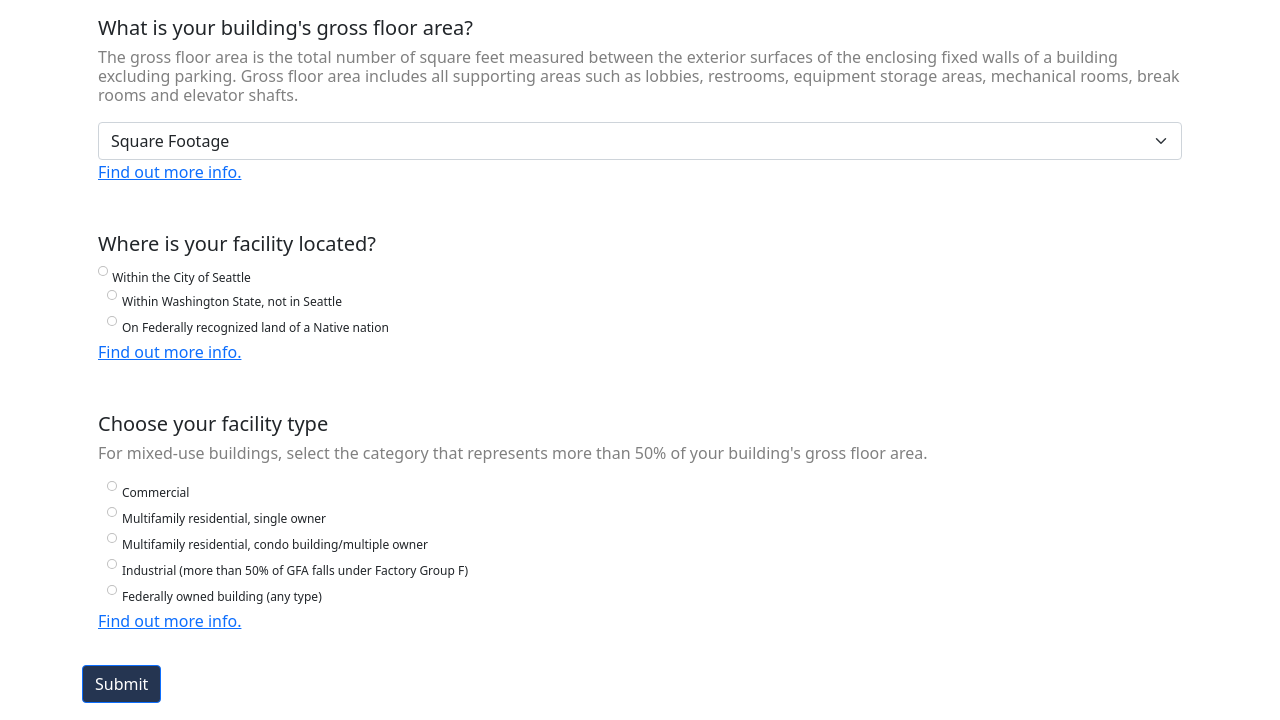
Repository: ChaidGPT/SershonSystemsQuiz
Page: index.html
The author's editor kept a copy of each file at every save. The page is drawn from the files as they stood at one save, then again after the next save.
The browser window is 1280 px wide. The pictures show the whole page.

Above is the page before, as saved 2023-07-07 15:49:34.

### index.html
<!DOCTYPE html>
<html>

<head>
	<meta charset="utf-8">
	<title>Quiz</title>
	<link rel="stylesheet" href="https://cdn.jsdelivr.net/npm/bootstrap@5.0.2/dist/css/bootstrap.min.css">
	<style>
	.card {
		/* max-width: auto; */
		min-width: 375;
        border: none;
	}

	.card-column {
		display: flex;
		flex-direction: column;
		align-items: center;
		max-width: auto;
	}

    .btn {
        color: white;
        background-color: #253551;
    }

	.card-body p {
		font-size: 10;
		color: gray;
		line-height: 1.2;
	}

	.form-check-input[type="radio"] {
        font-size: 10px;
    }

    .form-check-label {
        font-size: 12px;
    }
	</style>
</head>

<body>
	<div class="container">
		<!-- Question 1 Card -->
		<div class="card mb-3">
			<div class="card-body">
				<h5 class="card-title">What is your building's gross floor area?</h5>
				<p class="card-text">The gross floor area is the total number of square feet measured between the exterior surfaces of the enclosing fixed walls of a building excluding parking. Gross floor area includes all supporting areas such as lobbies, restrooms, equipment storage areas, mechanical rooms, break rooms and elevator shafts.</p>
				<div class="form-group">
					<select id="buildingSize" type="number" class="form-select">
						<option value="">Square Footage</option>
						<option value="under20k">less than 20k square feet</option>
						<option value="20kTo30k">20k - 30k square feet</option>
						<option value="30kTo50k">30k - 50k square feet</option>
						<option value="50kTo70k">50k - 70k square feet</option>
						<option value="70kTo90k">70k - 90k square feet</option>
						<option value="90kTo100k">90k - 100k square feet</option>
						<option value="100kTo200k">100k - 200k square feet</option>
						<option value="200kTo220k">200k - 220k square feet</option>
						<option value="over220k">over 220k square feet</option>
					</select>
				</div>
				<a href="" target="_blank">Find out more info.</a>
			</div>
		</div>
		<!-- Question 1 Card End -->

		<!-- Question 2 Card -->
		<div class="card mb-3">
			<div class="card-body">
				<h5 class="card-title">Where is your facility located?</h5>
				<div class="form-group">
					<input type="radio" id="seattle" name="buildingLocation" value="seattle" class="form-check-input">
					<label for="seattle" class="form-check-label">Within the City of Seattle</label>
				</div>
				<div class="form-check">
					<input type="radio" id="washington" name="buildingLocation" value="washington" class="form-check-input">
					<label for="washington" class="form-check-label">Within Washington State, not in Seattle</label>
				</div>
				<div class="form-check">
					<input type="radio" id="native" name="buildingLocation" value="native" class="form-check-input">
					<label for="native" class="form-check-label">On Federally recognized land of a Native nation</label>
				</div>
				<a href="" target="_blank">Find out more info.</a>
			</div>
		</div>
		<!-- Question 2 Card End -->

		<!-- Question 3 Card -->
		<div class="card mb-3">
			<div class="card-body">
				<h5 class="card-title">Choose your facility type</h5>
				<p class="card-text">For mixed-use buildings, select the category that represents more than 50% of your building's gross floor area.</p>
				<div class="form-group">
					<div class="form-check">
						<input type="radio" id="commercial" name="facilityType" value="commercial" class="form-check-input">
						<label for="commercial" class="form-check-label">Commercial</label>
					</div>
					<div class="form-check">
						<input type="radio" id="MFsingle" name="facilityType" value="MFsingle" class="form-check-input">
						<label for="MFsingle" class="form-check-label">Multifamily residential, single owner</label>
					</div>
					<div class="form-check">
						<input type="radio" id="MFmultiple" name="facilityType" value="MFmultiple" class="form-check-input">
						<label for="MFmultiple" class="form-check-label">Multifamily residential, condo building/multiple owner</label>
					</div>
					<div class="form-check">
						<input type="radio" id="industrial" name="facilityType" value="industrial" class="form-check-input">
						<label for="industrial" class="form-check-label">Industrial (more than 50% of GFA falls under Factory Group F)</label>
					</div>
					<div class="form-check">
						<input type="radio" id="federal" name="facilityType" value="federal" class="form-check-input">
						<label for="federal" class="form-check-label">Federally owned building (any type)</label>
					</div>
				</div>
				<a href="" target="_blank">Find out more info.</a>
			</div>
		</div>
		<!-- Question 3 Card End -->

		<button id="submitBtn" type="submit" class="btn btn-primary">Submit</button>
	</div>


	<script src="https://cdn.jsdelivr.net/npm/bootstrap@5.0.2/dist/js/bootstrap.bundle.min.js"></script>
	<script>

var messageTable = {
      'under20k-seattle-commercial': 'Message 1',
      'under20k-seattle-MFsingle': 'Message 2',
      'under20k-seattle-MFmultiple': 'Message 3',
      'under20k-seattle-industrial': 'Message 4',
      'under20k-seattle-federal': 'Message 5',
      'under20k-washington-commercial': 'Message 6',
      'under20k-washington-MFsingle': 'Message 7',
      'under20k-washington-MFmultiple': 'Message 8',
      'under20k-washington-industrial': 'Message 9',
      'under20k-washington-federal': 'Message 10',
      'under20k-native-commercial': 'Message 11',
      'under20k-native-MFsingle': 'Message 12',
      'under20k-native-MFmultiple': 'Message 13',
      'under20k-native-industrial': 'Message 14',
      'under20k-native-federal': 'Message 15',

      '20kTo30k-seattle-commercial': 'Message 16',
      '20kTo30k-seattle-MFsingle': 'Message 17',
      '20kTo30k-seattle-MFmultiple': 'Message 18',
      '20kTo30k-seattle-industrial': 'Message 19',
      '20kTo30k-seattle-federal': 'Message 20',
      '20kTo30k-washington-commercial': 'Message 21',
      '20kTo30k-washington-MFsingle': 'Message 22',
      '20kTo30k-washington-MFmultiple': 'Message 23',
      '20kTo30k-washington-industrial': 'Message 24',
      '20kTo30k-washington-federal': 'Message 25',
      '20kTo30k-native-commercial': 'Message 26',
      '20kTo30k-native-MFsingle': 'Message 27',
      '20kTo30k-native-MFmultiple': 'Message 28',
      '20kTo30k-native-industrial': 'Message 29',
      '20kTo30k-native-federal': 'Message 30',

      '30kTo50k-seattle-commercial': 'Message 31',
      '30kTo50k-seattle-MFsingle': 'Message 32',
      '30kTo50k-seattle-MFmultiple': 'Message 33',
      '30kTo50k-seattle-industrial': 'Message 34',
      '30kTo50k-seattle-federal': 'Message 35',
      '30kTo50k-washington-commercial': 'Message 36',
      '30kTo50k-washington-MFsingle': 'Message 37',
      '30kTo50k-washington-MFmultiple': 'Message 38',
      '30kTo50k-washington-industrial': 'Message 39',
      '30kTo50k-washington-federal': 'Message 40',
      '30kTo50k-native-commercial': 'Message 41',
      '30kTo50k-native-MFsingle': 'Message 42',
      '30kTo50k-native-MFmultiple': 'Message 43',
      '30kTo50k-native-industrial': 'Message 44',
      '30kTo50k-native-federal': 'Message 45',

      '50kTo70k-seattle-commercial': 'Message 46',
      '50kTo70k-seattle-MFsingle': 'Message 47',
      '50kTo70k-seattle-MFmultiple': 'Message 48',
      '50kTo70k-seattle-industrial': 'Message 49',
      '50kTo70k-seattle-federal': 'Message 50',
      '50kTo70k-washington-commercial': 'Message 51',
      '50kTo70k-washington-MFsingle': 'Message 52',
      '50kTo70k-washington-MFmultiple': 'Message 53',
      '50kTo70k-washington-industrial': 'Message 54',
      '50kTo70k-washington-federal': 'Message 55',
      '50kTo70k-native-commercial': 'Message 56',
      '50kTo70k-native-MFsingle': 'Message 57',
      '50kTo70k-native-MFmultiple': 'Message 58',
      '50kTo70k-native-industrial': 'Message 59',
      '50kTo70k-native-federal': 'Message 60',

      '70kTo90k-seattle-commercial': 'Message 61',
      '70kTo90k-seattle-MFsingle': 'Message 62',
      '70kTo90k-seattle-MFmultiple': 'Message 63',
      '70kTo90k-seattle-industrial': 'Message 64',
      '70kTo90k-seattle-federal': 'Message 65',
      '70kTo90k-washington-commercial': 'Message 66',
      '70kTo90k-washington-MFsingle': 'Message 67',
      '70kTo90k-washington-MFmultiple': 'Message 68',
      '70kTo90k-washington-industrial': 'Message 69',
      '70kTo90k-washington-federal': 'Message 70',
      '70kTo90k-native-commercial': 'Message 71',
      '70kTo90k-native-MFsingle': 'Message 72',
      '70kTo90k-native-MFmultiple': 'Message 73',
      '70kTo90k-native-industrial': 'Message 74',
      '70kTo90k-native-federal': 'Message 75',

      '90kTo100k-seattle-commercial': 'Message 76',
      '90kTo100k-seattle-MFsingle': 'Message 77',
      '90kTo100k-seattle-MFmultiple': 'Message 78',
      '90kTo100k-seattle-industrial': 'Message 79',
      '90kTo100k-seattle-federal': 'Message 80',
      '90kTo100k-washington-commercial': 'Message 81',
      '90kTo100k-washington-MFsingle': 'Message 82',
      '90kTo100k-washington-MFmultiple': 'Message 83',
      '90kTo100k-washington-industrial': 'Message 84',
      '90kTo100k-washington-federal': 'Message 85',
      '90kTo100k-native-commercial': 'Message 86',
      '90kTo100k-native-MFsingle': 'Message 87',
      '90kTo100k-native-MFmultiple': 'Message 88',
      '90kTo100k-native-industrial': 'Message 89',
      '90kTo100k-native-federal': 'Message 90',

      '100kTo200k-seattle-commercial': 'Message 91',
      '100kTo200k-seattle-MFsingle': 'Message 92',
      '100kTo200k-seattle-MFmultiple': 'Message 93',
      '100kTo200k-seattle-industrial': 'Message 94',
      '100kTo200k-seattle-federal': 'Message 95',
      '100kTo200k-washington-commercial': 'Message 96',
      '100kTo200k-washington-MFsingle': 'Message 97',
      '100kTo200k-washington-MFmultiple': 'Message 98',
      '100kTo200k-washington-industrial': 'Message 99',
      '100kTo200k-washington-federal': 'Message 100',
      '100kTo200k-native-commercial': 'Message 101',
      '100kTo200k-native-MFsingle': 'Message 102',
      '100kTo200k-native-MFmultiple': 'Message 103',
      '100kTo200k-native-industrial': 'Message 104',
      '100kTo200k-native-federal': 'Message 105',

      '200kTo220k-seattle-commercial': 'Message 106',
      '200kTo220k-seattle-MFsingle': 'Message 107',
      '200kTo220k-seattle-MFmultiple': 'Message 108',
      '200kTo220k-seattle-industrial': 'Message 109',
      '200kTo220k-seattle-federal': 'Message 110',
      '200kTo220k-washington-commercial': 'Message 111',
      '200kTo220k-washington-MFsingle': 'Message 112',
      '200kTo220k-washington-MFmultiple': 'Message 113',
      '200kTo220k-washington-industrial': 'Message 114',
      '200kTo220k-washington-federal': 'Message 115',
      '200kTo220k-native-commercial': 'Message 116',
      '200kTo220k-native-MFsingle': 'Message 117',
      '200kTo220k-native-MFmultiple': 'Message 118',
      '200kTo220k-native-industrial': 'Message 119',
      '200kTo220k-native-federal': 'Message 120',

      'over220k-seattle-commercial': 'Message 121',
      'over220k-seattle-MFsingle': 'Message 122',
      'over220k-seattle-MFmultiple': 'Message 123',
      'over220k-seattle-industrial': 'Message 124',
      'over220k-seattle-federal': 'Message 125',
      'over220k-washington-commercial': 'Message 126',
      'over220k-washington-MFsingle': 'Message 127',
      'over220k-washington-MFmultiple': 'Message 128',
      'over220k-washington-industrial': 'Message 129',
      'over220k-washington-federal': 'Message 130',
      'over220k-native-commercial': 'Message 131',
      'over220k-native-MFsingle': 'Message 132',
      'over220k-native-MFmultiple': 'Message 133',
      'over220k-native-industrial': 'Message 134',
      'over220k-native-federal': 'Message 135'
    };

		document.querySelector("#submitBtn").addEventListener("click", function(event) {
  		event.preventDefault(); // Prevents the default form submission behavior

  		var DD = document.querySelector('#buildingSize').value;
		var R1 = document.querySelector('input[name="buildingLocation"]:checked').value;
		var R2 = document.querySelector('input[name="facilityType"]:checked').value;

		var combination = DD + '-' + R1 + '-' + R2;

    // Retrieve the message from the message table using the combination key
    	var message = messageTable[combination] || 'Default message';

    // Show the alert with the corresponding message
    	alert(message);
});



	</script>

</body>

</html>

After the next save:
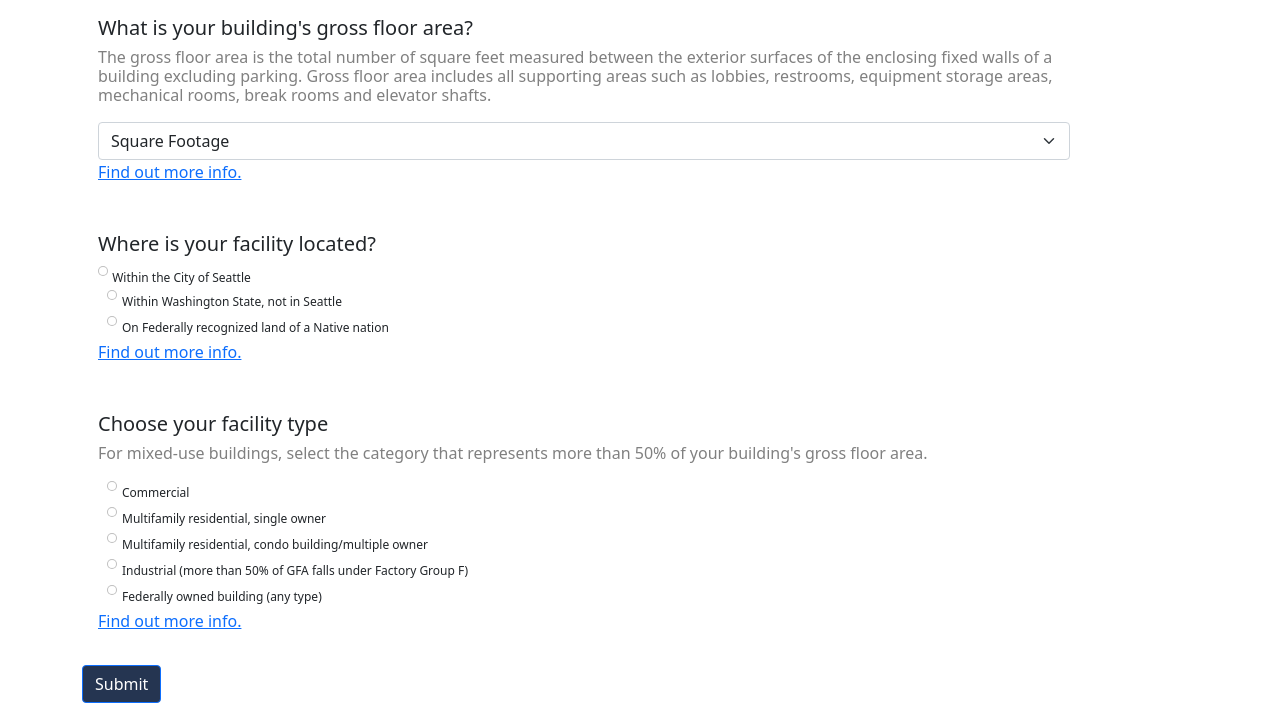
Saved 117 s later.
--- a/index.html
+++ b/index.html
@@ -8,7 +8,7 @@
 	<style>
 	.card {
 		/* max-width: auto; */
-		min-width: 375;
+		width: 90%;
         border: none;
 	}
 
